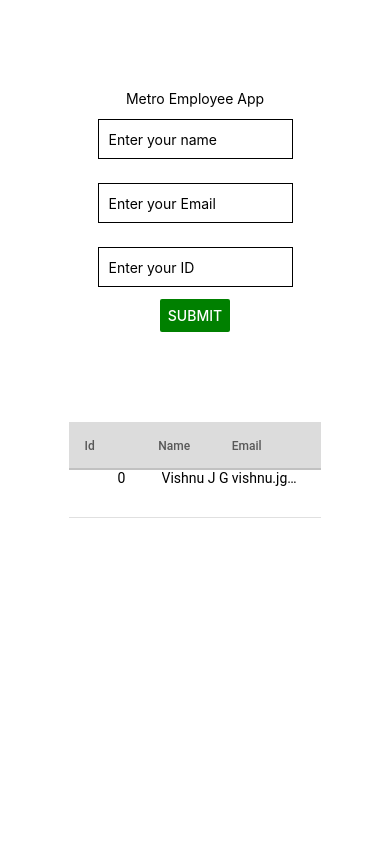
Repository: VishnuJG/Metro-Employee-App
Screen: /
These files come from the project's save history. The screen is drawn as it stood at one moment and after the next save; the edit follows.
The app was drawn by React Native's web renderer in a window 390 px wide. The project was rebuilt for these pictures with package versions that can differ from the ones it lists, and the page was loaded fresh each time. Also part of the build but not shown: components/Task.js.

Above is the screen before, as saved 2022-06-28 15:04:22.

### App.js
import { StatusBar } from 'expo-status-bar';
import React, { useState } from "react";
import { StyleSheet, Text, View, TextInput, Button, Alert, ScrollView} from 'react-native';
import { useDimensions } from '@react-native-community/hooks';
import Task from './components/Task';
import { DataTable } from "react-native-paper";
import Table from './components/Table';


export default function App() {

  // const {landscape}=useDimensions();
  const [emp, onEmpUpdate] = useState([{ id: 0, name: " Vishnu J G", email:"vishnu.jg@metro-gsc.in" }]);
  const [name, onChangeName] = useState("");
  const [email, onChangeEmail] = useState("");
  const [id, onChangeid] = useState(null);
  const onSubmit=(e)=>{
    e.preventDefault();
    if(!name){
      Alert.alert('Invalid Name', 'Invalid Name field',[{text: 'Okay', onPress:()=>{console.log("Okay Pressed")}},{text: 'No', onPress:()=>{console.log("No Pressed")}}])
    }
    if(!email){
      Alert.alert('Invalid Email', 'Invalid Email field',[{text: 'Okay', onPress:()=>{console.log("Okay Pressed")}},{text: 'No', onPress:()=>{console.log("No Pressed")}}])
    }
    if(!/\S+@\S+\.\S+/.test(email)){
      Alert.alert('Invalid Email', 'Invalid Email field',[{text: 'Okay', onPress:()=>{console.log("Okay Pressed")}},{text: 'No', onPress:()=>{console.log("No Pressed")}}])
    }
    if(!id){
      Alert.alert('Invalid Id', 'Invalid ID field',[{text: 'Okay', onPress:()=>{console.log("Okay Pressed")}},{text: 'No', onPress:()=>{console.log("No Pressed")}}])
    }
    console.log(name);
    console.log(email);
    console.log(id);
    const newEmp={id, name, email};
    onChangeName('');
    onChangeEmail('');
    onChangeid(null);
    onEmpUpdate([...emp, newEmp]);
  }
  return (
    <View style={styles.container} >
        <View style={styles.container}>
        <Text>Metro Employee App</Text>

        <TextInput
          style={styles.input}
          onChangeText={onChangeName}
          placeholder="Enter your name"
          value={name}
        />
        <TextInput
          style={styles.input}
          onChangeText={onChangeEmail}
          value={email}
          placeholder="Enter your Email"
          // keyboardType="numeric"
        />

        <TextInput
          style={styles.input}
          onChangeText={onChangeid}
          value={id}
          placeholder="Enter your ID"
          keyboardType="numeric"
        />
        <Button title="Submit"
          color="green"
          onPress={onSubmit}
          /></View>
        {/* <View style={{flex:0.5, flexDirection: 'column'}}>
        {emp.map((newid)=>(<Task key={newid.id} ename={newid.name} eid={newid.id} eemail={newid.email}/>))}
        </View> */}
        <ScrollView vertical horizontal style={{flex:1}}>
        <DataTable style={{flex:1, flexDirection: 'column', }} >
          <DataTable.Header style={styles.tableHeader}>
            <DataTable.Title>Id</DataTable.Title>
            <DataTable.Title>Name</DataTable.Title>
            <DataTable.Title>Email</DataTable.Title>
          </DataTable.Header>
          {emp.map((newid)=>(<Table key={newid.id} ename={newid.name} eid={newid.id} eemail={newid.email}/>))}
        </DataTable>
        </ScrollView>
    </View>
  );
}

const styles = StyleSheet.create({
  container: {
    flex: 1,
    flexDirection: 'column',
    backgroundColor: '#fff',
    alignItems: 'center',
    justifyContent: 'center',
    fontSize: 20,
    // paddingTop:20,
    width:'100%',
  },
  input: {
    height: 40,
    margin: 12,
    borderWidth: 1,
    width:'50%',
    padding: 10,
  },
  tableHeader: {
    backgroundColor: '#DCDCDC',
  },

});

### components/Table.js
import { StatusBar } from 'expo-status-bar';
import React, { useState } from "react";
import { StyleSheet, Text, View, TextInput, Button, Alert} from 'react-native';
import { useDimensions } from '@react-native-community/hooks';
import { DataTable } from "react-native-paper";


export default function Table(props) {
  console.log("Hello");
  return (
    <DataTable.Row>
            <DataTable.Cell style={styles.employee}>{props.eid}</DataTable.Cell>
            <DataTable.Cell style={styles.employee}>{props.ename}</DataTable.Cell>
            <DataTable.Cell style={styles.employee}>{props.eemail}</DataTable.Cell>
    </DataTable.Row>


  );
}

const styles = StyleSheet.create({
  employee:{
    flex:1,
    flexDirection:'column',
    // justifyContent: 'flex-start',
  }
});

After the next save:
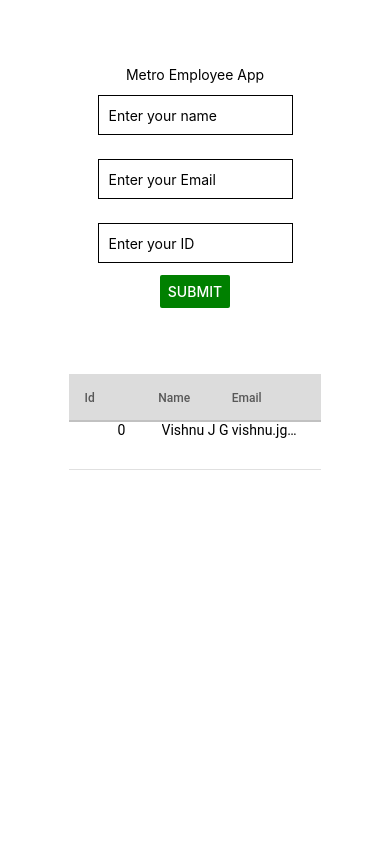
Saved 30 s later.
--- a/App.js
+++ b/App.js
@@ -70,7 +70,7 @@ export default function App() {
         {/* <View style={{flex:0.5, flexDirection: 'column'}}>
         {emp.map((newid)=>(<Task key={newid.id} ename={newid.name} eid={newid.id} eemail={newid.email}/>))}
         </View> */}
-        <ScrollView vertical horizontal style={{flex:1}}>
+        <ScrollView vertical horizontal >
         <DataTable style={{flex:1, flexDirection: 'column', }} >
           <DataTable.Header style={styles.tableHeader}>
             <DataTable.Title>Id</DataTable.Title>
